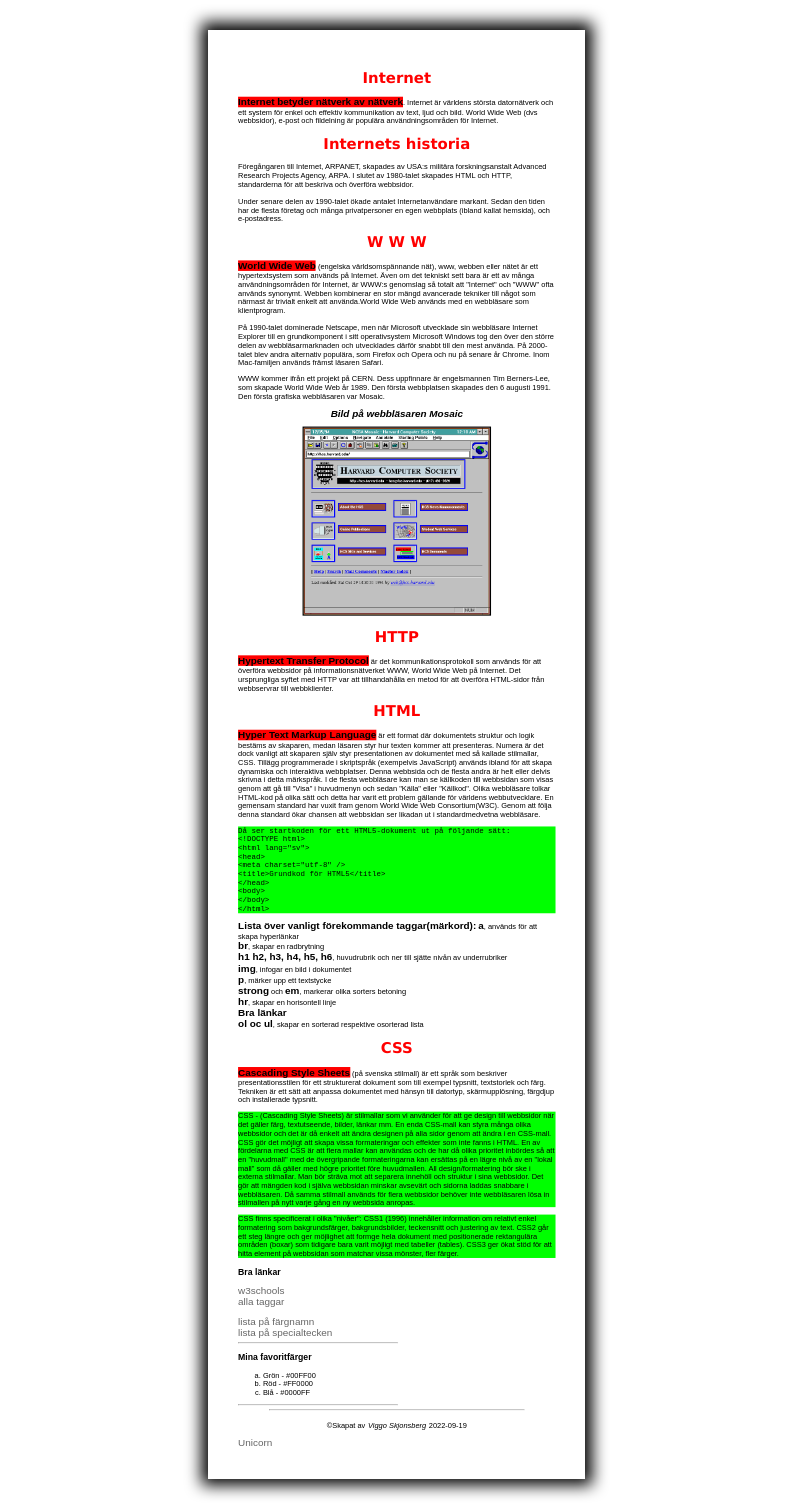
Repository: ViggoSkj/VGY
Page: ovningar/ovning3/ovning3.html
These files come from the project's save history. The page is drawn as it stood at one moment and after the next save; the edit follows.
The browser window is 1280 px wide. The pictures show the whole page, at 62% of full size.

Above is the page before, as saved 2022-11-27 11:40:07.

After the next save:
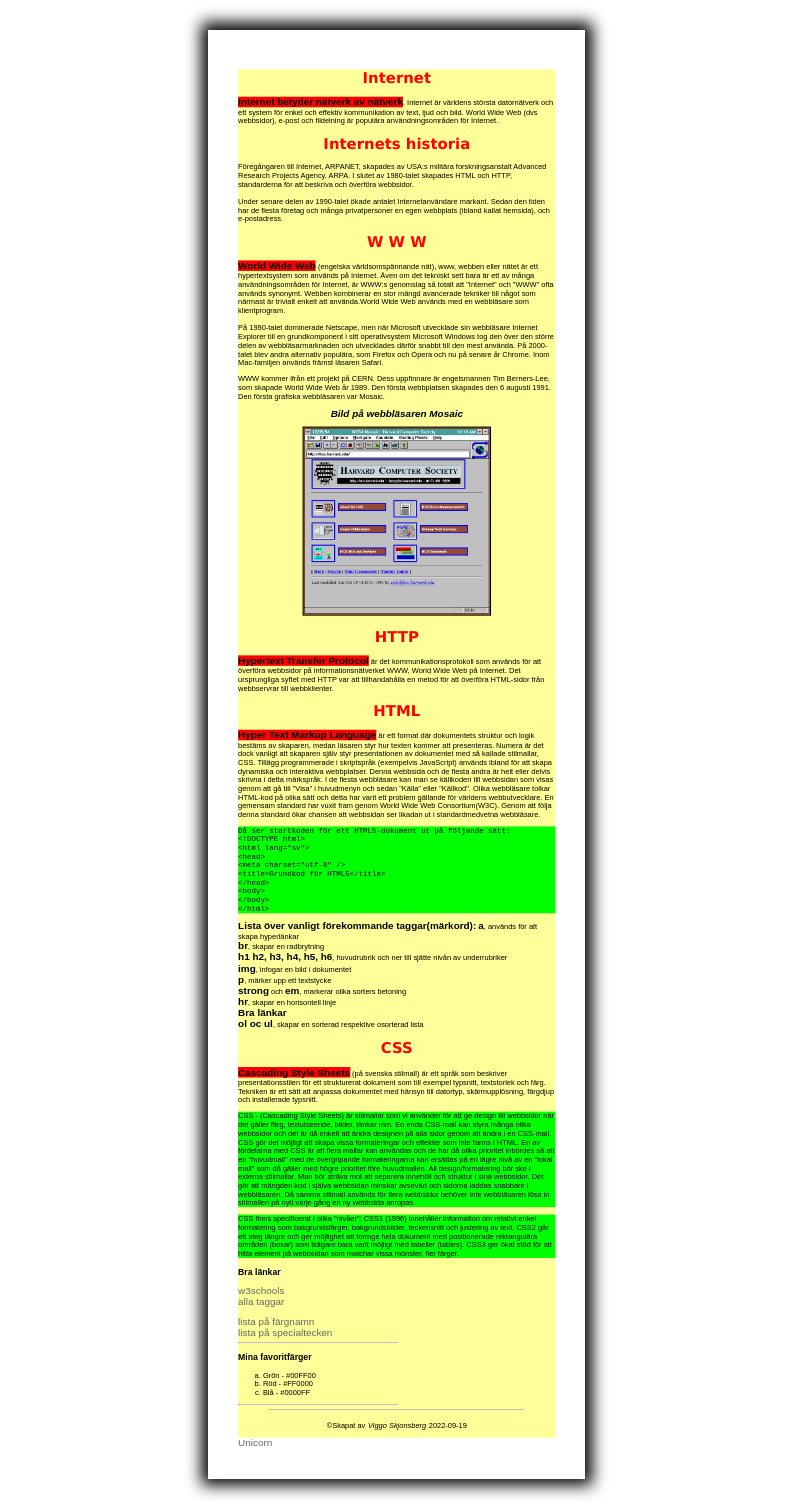
Saved 7 s later.
--- a/ovningar/ovning3/ovning3.html
+++ b/ovningar/ovning3/ovning3.html
@@ -11,9 +11,7 @@
     </head>
     <body>
         <div class="container">
-
-        </div>
-        <h1>Internet</h1>
+            <h1>Internet</h1>
         <p><span class="spec">Internet betyder nätverk av nätverk</span>. Internet är världens största datornätverk och ett system för enkel och effektiv kommunikation av text, ljud och bild. World Wide Web (dvs webbsidor), e-post och fildelning är populära användningsområden för Internet.</p>
 
         <h1>Internets historia</h1>
@@ -126,6 +124,8 @@ CSS3 ger ökat stöd för att hitta element på webbsidan som matchar vissa mön
             <p class="center"><em> Viggo Skjonsberg</em></p>
             <p class="left">2022-09-19</p>
         </div>
+        </div>
+
 
         <div id="myfooter">
             <a href="https://validator.w3.org/unicorn/check?ucn_uri=labb.vgy.se/~viggosg/ovningar/ovning3.html&ucn_task=conformance">Unicorn</a>
